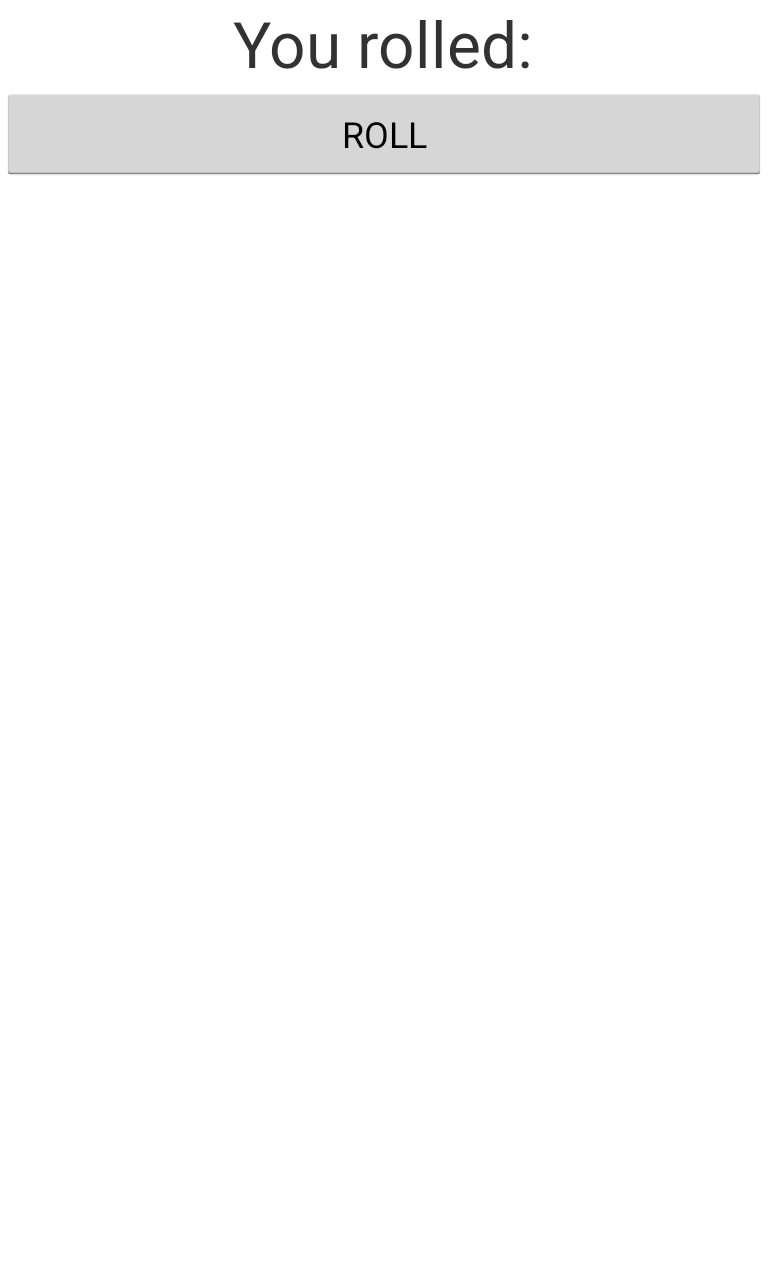
Repository: Bjodol/Roller
Layout: Roller/res/layout/dice_thrower.xml
The author's editor kept a copy of each file at every save. The layout is drawn from the files as they stood at one save, then again after the next save.
It is drawn on a 768 x 1280 px phone screen (xhdpi) without system bars, with theme AppTheme; the app's code is not run. The app's manifest (not shown) leaves right-to-left support off. So textAlignment, textDirection and layoutDirection are ignored, and left and right values win over start and end ones.

Above is the layout before, as saved 2013-08-29 10:12:58.

### Roller/res/layout/dice_thrower.xml
<?xml version="1.0" encoding="utf-8"?>
<LinearLayout xmlns:android="http://schemas.android.com/apk/res/android"
    android:layout_width="match_parent"
    android:layout_height="match_parent"
    android:orientation="vertical" >

    <TextView
        android:layout_width="wrap_content"
        android:layout_height="wrap_content"
        android:layout_gravity="center_horizontal"
        android:text="@string/youRolled"
        android:textAlignment="center"
        android:textSize="32sp"
        />

    "

    <Button
        android:layout_width="fill_parent"
        android:layout_height="wrap_content"
        android:layout_gravity="center_horizontal"
        android:text="@string/roll" />

</LinearLayout>

### Roller/res/values/strings.xml
<?xml version="1.0" encoding="utf-8"?>
<resources>

    <string name="app_name">Roller</string>
    <string name="action_settings">Settings</string>
    <string name="d20">D20</string>
    <string name="d12">D12</string>
    <string name="d10">D10</string>
    <string name="d8">D8</string>
    <string name="d6">D6</string>
    <string name="d4">D4</string>
    <string name="roll">ROLL</string>
    <string name="youRolled">You rolled:</string>

</resources>

Loaded but not shown: Roller/res/values/styles.xml (common file); Roller/res/values-v11/styles.xml (common file); Roller/res/values-v14/styles.xml (common file)

After the next save:
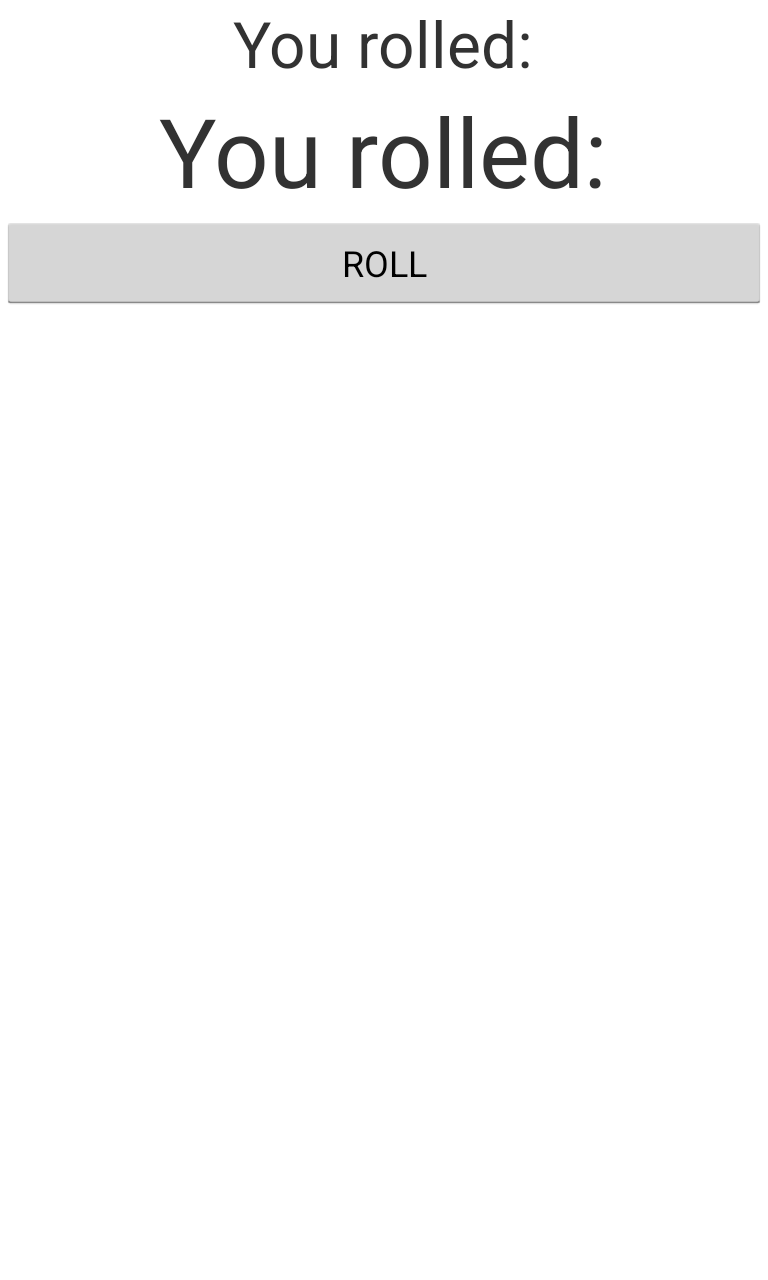
Saved 117 s later.
--- a/Roller/res/layout/dice_thrower.xml
+++ b/Roller/res/layout/dice_thrower.xml
@@ -13,6 +13,16 @@
         android:textSize="32sp"
         />
 
+    <TextView
+        android:id="Throw"
+        android:layout_width="wrap_content"
+        android:layout_height="wrap_content"
+        android:layout_gravity="center_horizontal"
+        android:text="@string/youRolled"
+        android:textAlignment="center"
+        android:textSize="48sp"
+        />
+
     "
 
     <Button
